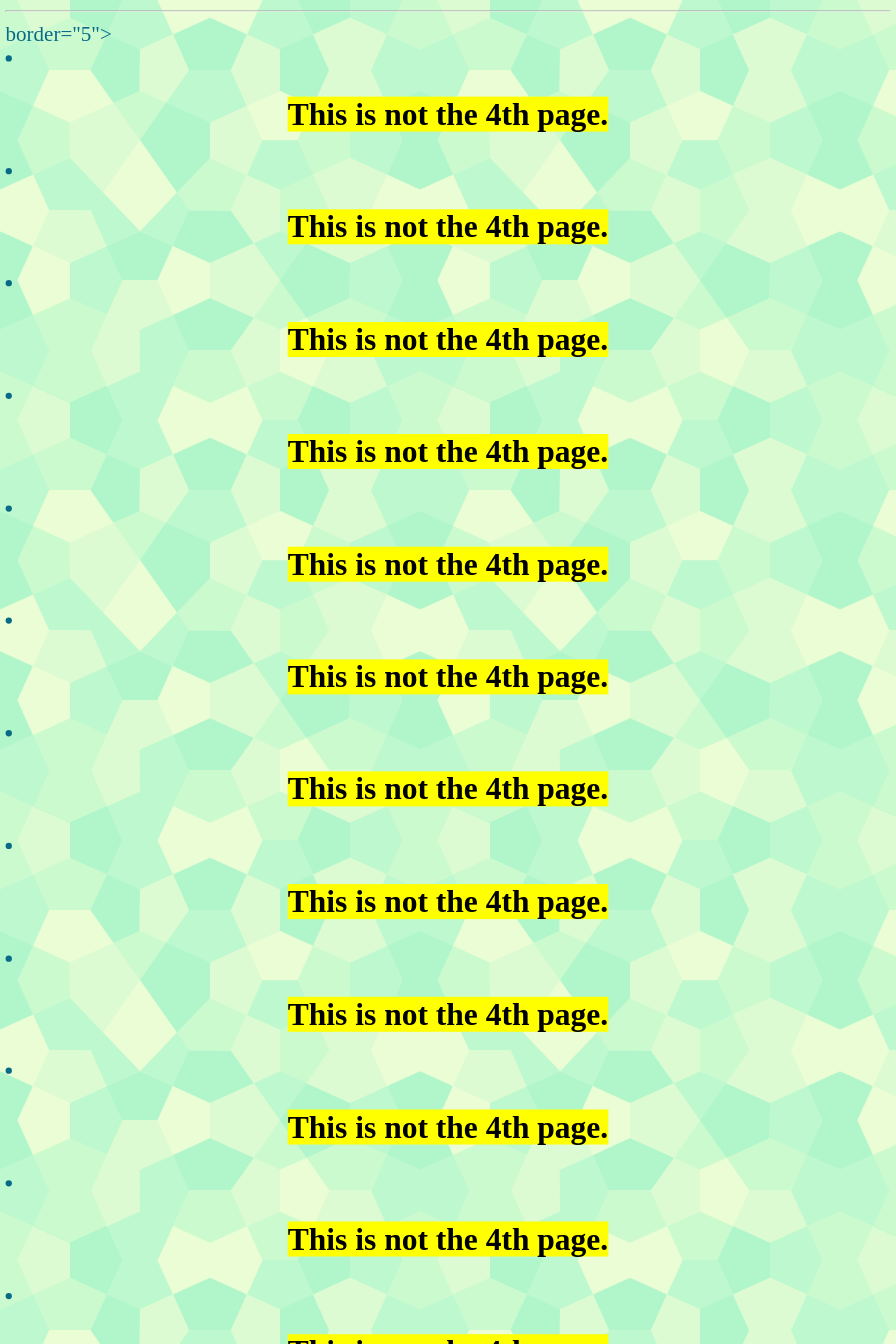
Repository: yiy225/yiy225.github.io
Page: page 4.1.html
The author's editor kept a record of every edit. The page is drawn from the files as they stood at one moment, then again after the next edit.
The browser window is 1280 px wide. The pictures show the part of the page from y = 0 to 1920 px (the page is 7796 px tall before and 7762 px after), at 70% of full size.

Above is the page before.

After the next edit:
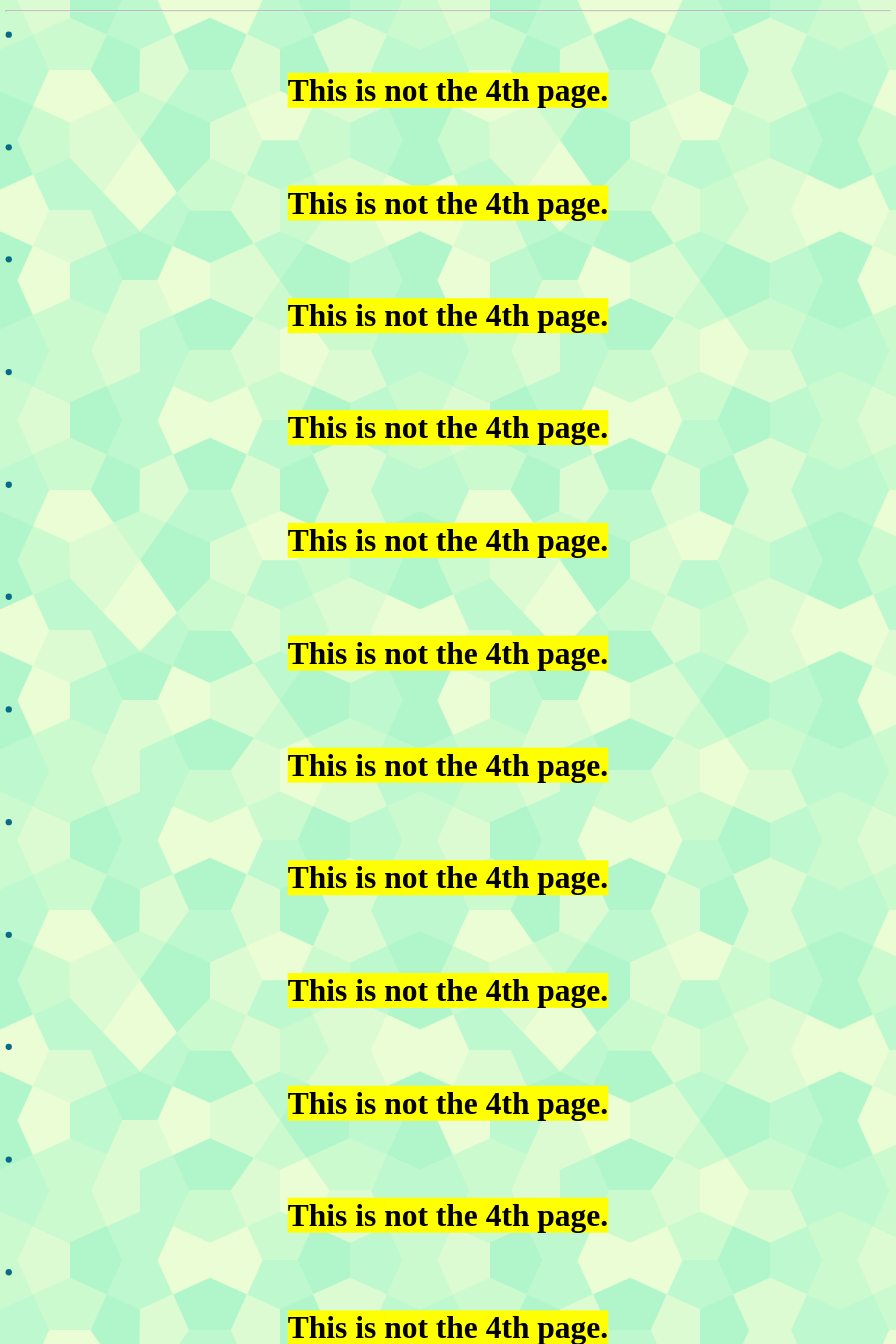
The edit:
--- a/page 4.1.html
+++ b/page 4.1.html
@@ -5,8 +5,7 @@
         <link href="column.css" rel="stylesheet">
     </head>
 <body bgcolor= #007799>
-        <hr /
-        <ol>border="5">
+        <hr / border="5">
         <li><center><h2><mark>This is not the 4th page.</mark></font></h2></center></li>
         <li><center><h2><mark>This is not the 4th page.</mark></font></h2></center></li>
         <li><center><h2><mark>This is not the 4th page.</mark></font></h2></center></li>
